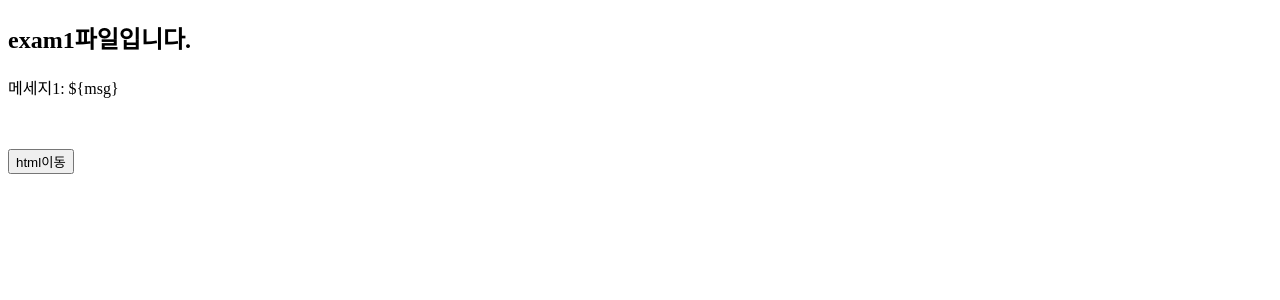
Repository: asfsdw/springBoot
Page: demo1/src/main/resources/static/exam/exam1.html
An editor plug-in stored every save of this project. The page is shown before and after the next save, followed by the edit.
The browser window is 1280 px wide. The pictures show the whole page.

Above is the page before, as saved 2025-10-29 08:37:21.

### demo1/src/main/resources/static/exam/exam1.html
<!DOCTYPE html>
<html>
<head>
<meta charset="UTF-8">
<title>Insert title here</title>
</head>
<body>
	<h2>exam1파일입니다.</h2>
	<p>메세지1: ${msg}</p>
	<p><br/></p>
	<input type="button" value="html이동" onclick="location.href='index.html'" />
</body>
</html>

After the next save:
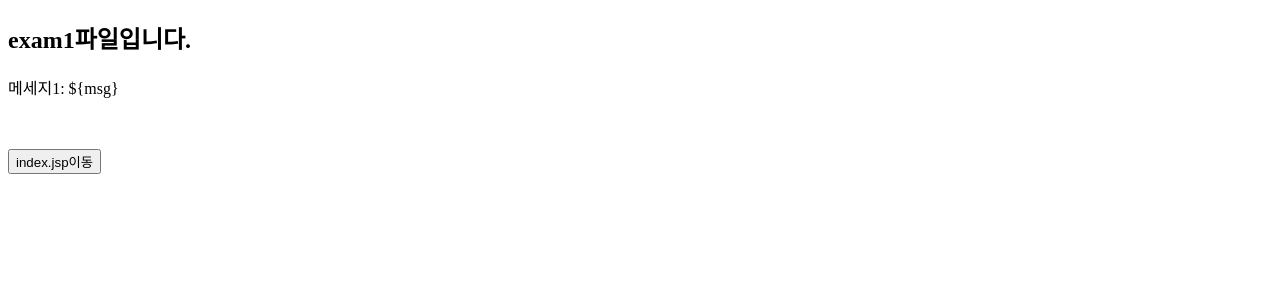
Saved 43 s later.
--- a/demo1/src/main/resources/static/exam/exam1.html
+++ b/demo1/src/main/resources/static/exam/exam1.html
@@ -8,6 +8,6 @@
 	<h2>exam1파일입니다.</h2>
 	<p>메세지1: ${msg}</p>
 	<p><br/></p>
-	<input type="button" value="html이동" onclick="location.href='index.html'" />
+	<input type="button" value="index.jsp이동" onclick="location.href='/'" />
 </body>
 </html>
